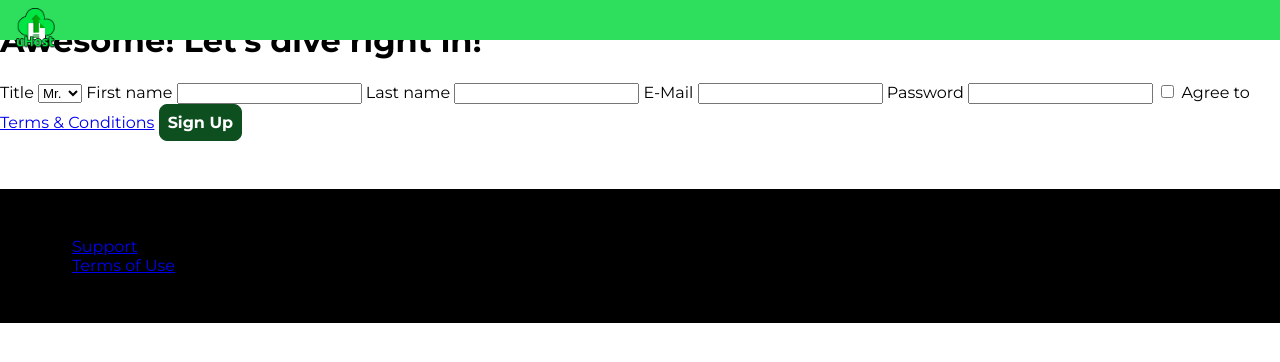
Repository: Nowacki97PL/UdemyCSS
Page: start-hosting/index.html
An editor plug-in stored every save of this project. The page is shown before and after the next save, followed by the edit.
The browser window is 1280 px wide. The pictures show the whole page.

Above is the page before, as saved 2023-11-26 12:31:09.
Not found: start-hosting/start-hosting.css

After the next save:
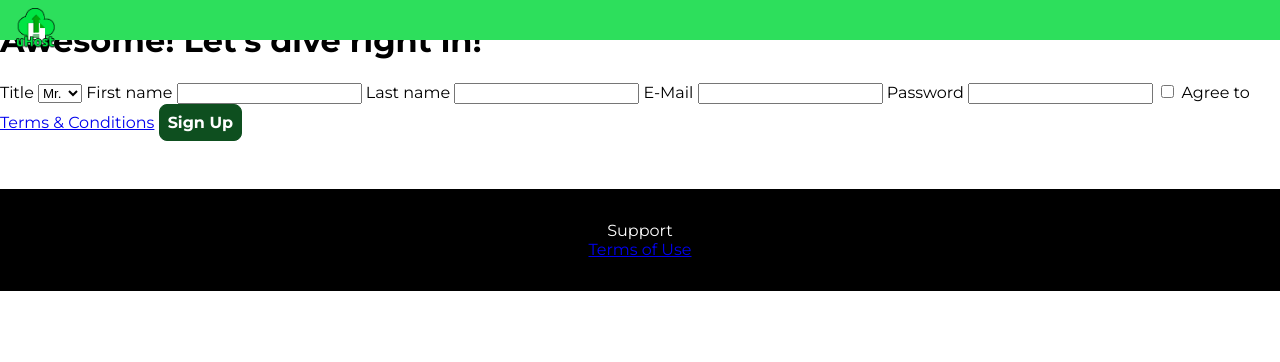
Saved 3 days later.
--- a/start-hosting/index.html
+++ b/start-hosting/index.html
@@ -77,8 +77,8 @@
     </main>
     <footer class="main-footer">
         <nav>
-            <ul>
-                <li>
+            <ul class="main-footer__links">
+                <li class="main-footer__link">
                     <a href="#">Support</a>
                 </li>
                 <li>
